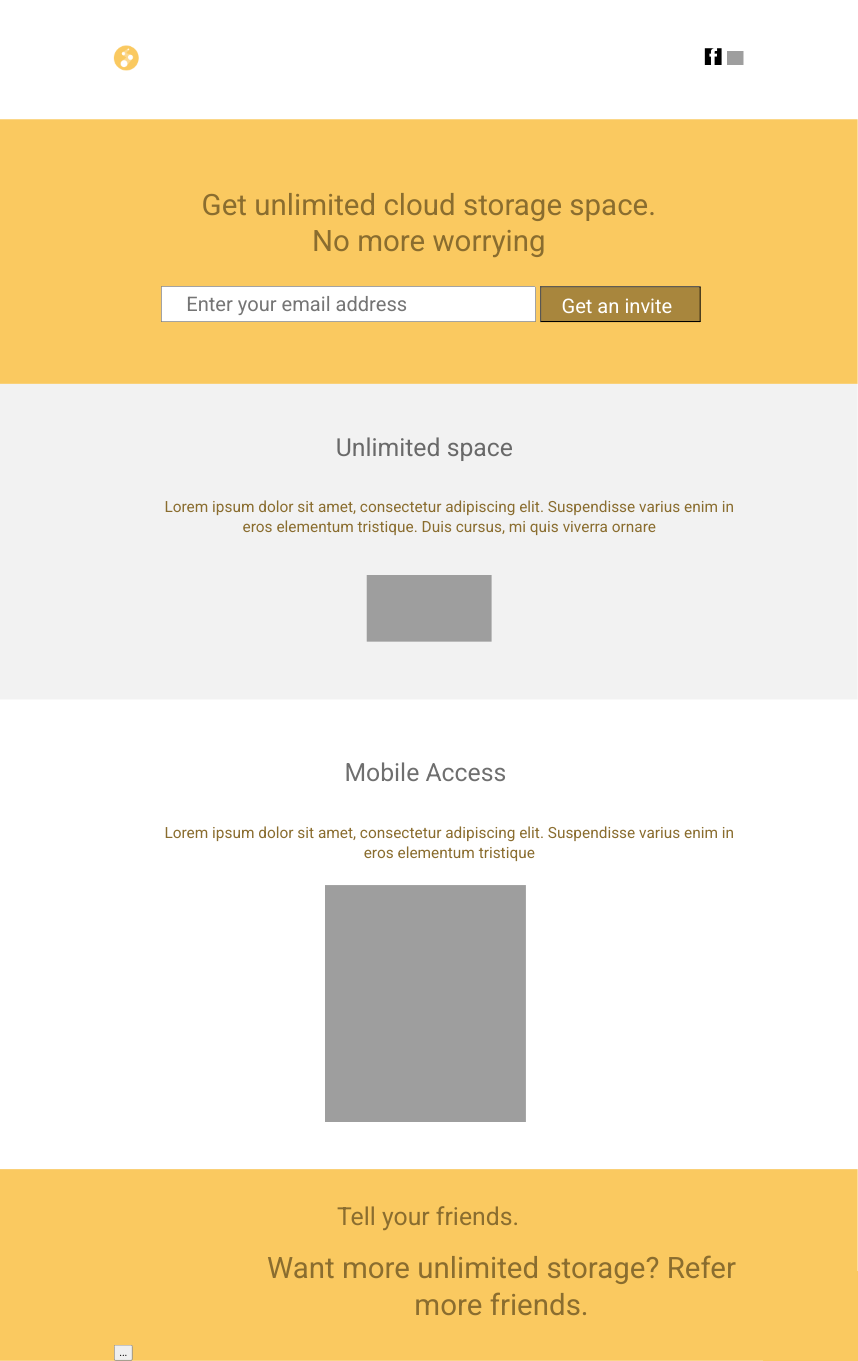
Repository: AndreyMykulych/user_home_work_Mykulych
Page: index.html
The author's editor kept a copy of each file at every save. The page is drawn from the files as they stood at one save, then again after the next save.
The browser window is 1280 px wide. The pictures show the whole page, at 67% of full size.
Pictures or frames that could not be fetched are drawn as grey boxes.

Above is the page before, as saved 2023-02-27 18:12:23.

### index.html
<!DOCTYPE html>
<html lang="en">
<head>
    <meta charset="UTF-8">
    <meta http-equiv="X-UA-Compatible" content="IE=edge">
    <meta name="viewport" content="width=device-width, initial-scale=1.0">
    <title>Document</title>
    <link  rel="stylesheet"  href="styles/normalize.css">
    <link  rel="stylesheet"  href="styles/style.css">
    <link rel="preconnect" href="https://fonts.googleapis.com">
<link rel="preconnect" href="https://fonts.gstatic.com" crossorigin>
<link href="https://fonts.googleapis.com/css2?family=Roboto&display=swap" rel="stylesheet">

</head>
<body>
<div class="wrapper">
        <h1 class="first-block">
            <img class="logo-Photo" src="/3/img/IMAGE.png" alt="main">
        </h1>

            <h1 class="second-block">
                <img class="Fb-Photo" src="data:[embedded picture, 1466 characters]" alt="FB">
                <img class="Twit-Photo" src="https://cdn-icons-png.flaticon.com/512/733/733635.png" alt="Twitter">
            </h1>
</div>
<div class="input-back">
    <div class="input-conteiner">
        <p class="text_1">Get unlimited cloud storage space.</p>
        <p class="text_2">No more worrying</p>
        <form>
            <input placeholder="Enter your email address" type="email" id="email" name="email">
            <button>Get an invite</button>
          </form>
    </div>
</div>
<div class="full_Content">
    <div class="content_first">
     <h1>Unlimited space</h1>
     <p>Lorem ipsum dolor sit amet, consectetur adipiscing elit. Suspendisse varius enim in eros elementum tristique. Duis cursus, mi quis viverra ornare</p>
     <img  class="infinity" src="https://www.freepnglogos.com/uploads/infinity-symbol-png/infinity-symbol-clipart-download-best-infinity-14.png" >
    </div>
</div>
<div class="content_second">
    <h1>Mobile Access</h1>
    <p>Lorem ipsum dolor sit amet, consectetur adipiscing elit. Suspendisse varius enim in eros elementum tristique</p>
    <img src="https://assets.stickpng.com/images/5a452598546ddca7e1fcbc80.png">
</div>
<div class="input-back">
    <div class="content_third">
    <h1>Tell your friends.</h1>
    <p>Want more unlimited storage? Refer more friends.</p>
    <button class="standart_btn">...</button>
</div>
</div>
</body>
</html>

### styles/style.css
*{
    box-sizing: border-box;
}

.wrapper {
    margin: 0 auto;
    width: 940px;
    margin-top:47px;
}


h1 {
    display: inline-block;
}


.first-block {
    text-align: left;
}


.second-block {
    float: right;
}


.logo-Photo {
    width: 37px;
    height: 37px;
}


.Fb-Photo {
width: 25px;
height: 25px;
}


.Twit-Photo{
    width: 25px;
    height: 21px;
}


.input-back{
    width: 100%;
    background-color: #FAC960;
    height: auto;
    margin-top:43px;

}


.input-conteiner {
    width: 940px;
    margin: 0 auto;
   padding-top:91px;
   padding-bottom: 92px;
}


p {
    margin: 0px;
    display: block;
    font-family: 'Roboto', sans-serif;
    text-align: center;
    font-style: normal;
    font-weight: 400;
    font-size: 44px;
    line-height: 54px;
    color: #8A6D2F;
}



.text_1 {
    padding-top: 10px;
}


.text_2{

    margin-top: 0px;
}



form {
    display: inline-block;
    margin-top: 40px;

}



input {
    padding-left: 36px;
    width: 560px;
    height: 54px;
    font-family: 'Roboto';
font-style: normal;
font-weight: 400;
font-size: 30px;
line-height: 54px;
color: #999999;
margin-left: 70px;
}

.input-conteiner form button {
      position: absolute;
      width: 240px;
      color: #fff;
      background-color: #A8863D;
      text-align: left;
      padding-left: 30px;
      height: 54px;
      margin-left: 6px;
      font-family: 'Roboto';
      font-style: normal;
      font-weight: 400;
      font-size: 30px;
      line-height: 54px;
      border-radius: 0px 2px 2px 0px;
}

.full_Content{
    height: auto;
    width: 100%;
    display: inline-block;
    background-color: #F2F2F2;
}
.content_first {
    width: 940px;
   margin: 0 auto;

}
.content_first h1{
font-size: 37px;
color: #000000;
opacity: 56%;
font-family: 'Roboto';
font-style: normal;
font-weight: 400;
line-height: 36px;
/* identical to box height, or 97% */
margin-top: 77px;
margin-left:331px;
text-align: center;
}

.content_first p{
    font-size: 23px;
    text-align: center;
    font-family: 'Roboto';
font-style: normal;
font-weight: 400;
line-height: 30px;
margin-top: 32px;
margin-left: 61px;
}

.content_first img{
    width: 187px;
    height:100px;
    margin-left: 377px;
    margin-top: 56px;
    margin-bottom: 81px;
}
.content_second {
    width : 940px;
    margin: 0 auto;
    height: auto;
}
.content_second h1{
margin-top: 88.62px;
padding-top:4px;
margin-left: 344px;
font-family: 'Roboto';
font-style: normal;
font-weight: 400;
font-size: 37px;
line-height: 36px;
color: #000000;
opacity: 56%;
}
.content_second img{
    width: 300px;
    height: 354px;
    margin-left: 315px;
    margin-bottom: 22px;
}
.content_second p{
    margin-top:32px;
    margin-left: 61px;
    font-family: 'Roboto';
font-style: normal;
font-weight: 400;
font-size: 23px;
line-height: 30px;
margin-bottom: 32px;
}
.content_third {
width: 940px;
height: auto;
margin: 0 auto;

}
.content_third h1{
    margin-left: 333px;
    margin-top:54px ;
    margin-bottom: 31px;
    font-family: 'Roboto';
    font-style: normal;
    font-weight: 400;
    font-size: 37px;
    line-height: 36px;
    color: #8A6D2F;
}
.content_third p{
    margin-left: 217px;
    margin-bottom: 33px;
}

Loaded but not shown: styles/normalize.css (library)

After the next save:
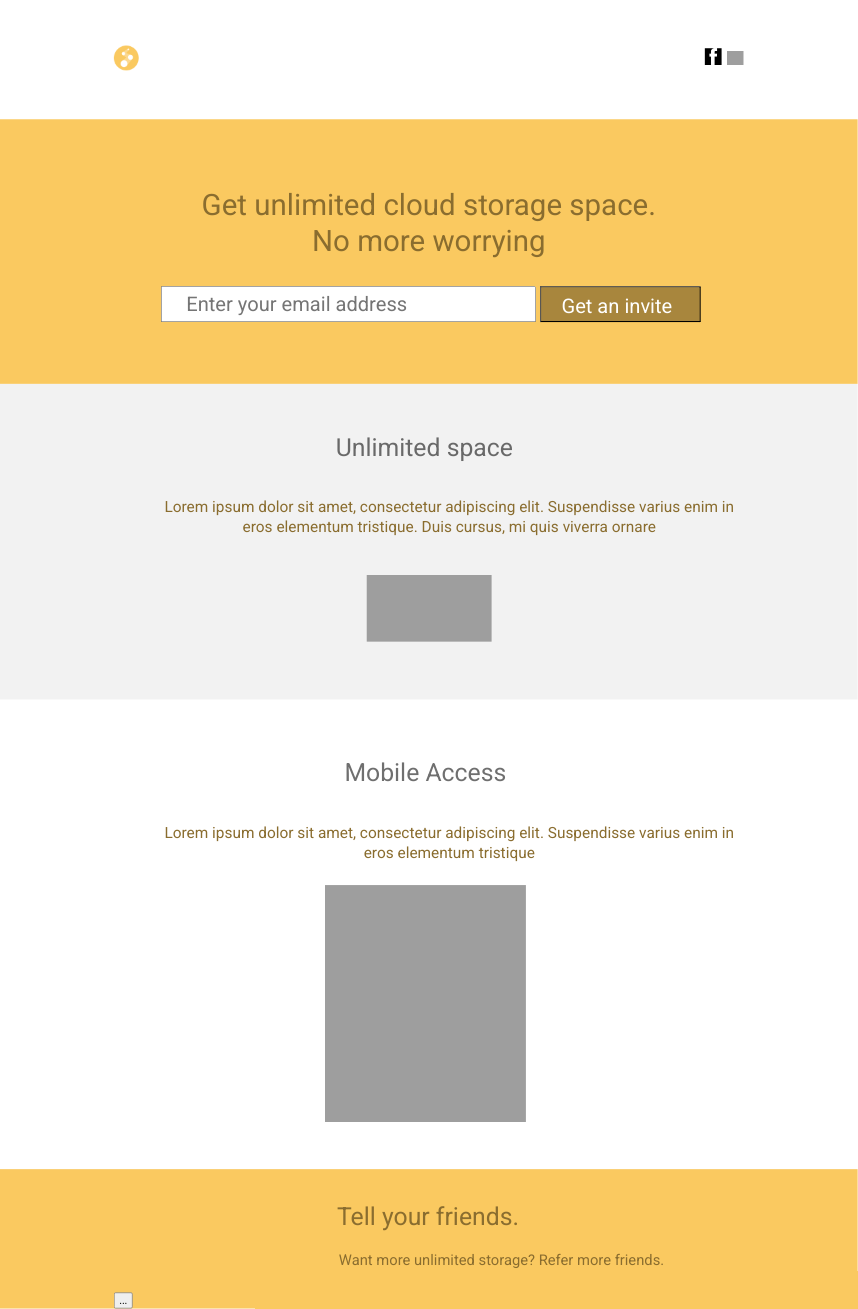
Saved 8 s later.
--- a/styles/style.css
+++ b/styles/style.css
@@ -219,4 +219,8 @@
 .content_third p{
     margin-left: 217px;
     margin-bottom: 33px;
-}
+    font-family: 'Roboto';
+font-style: normal;
+font-weight: 400;
+font-size: 22px;
+line-height: 30px;

After the save that followed:
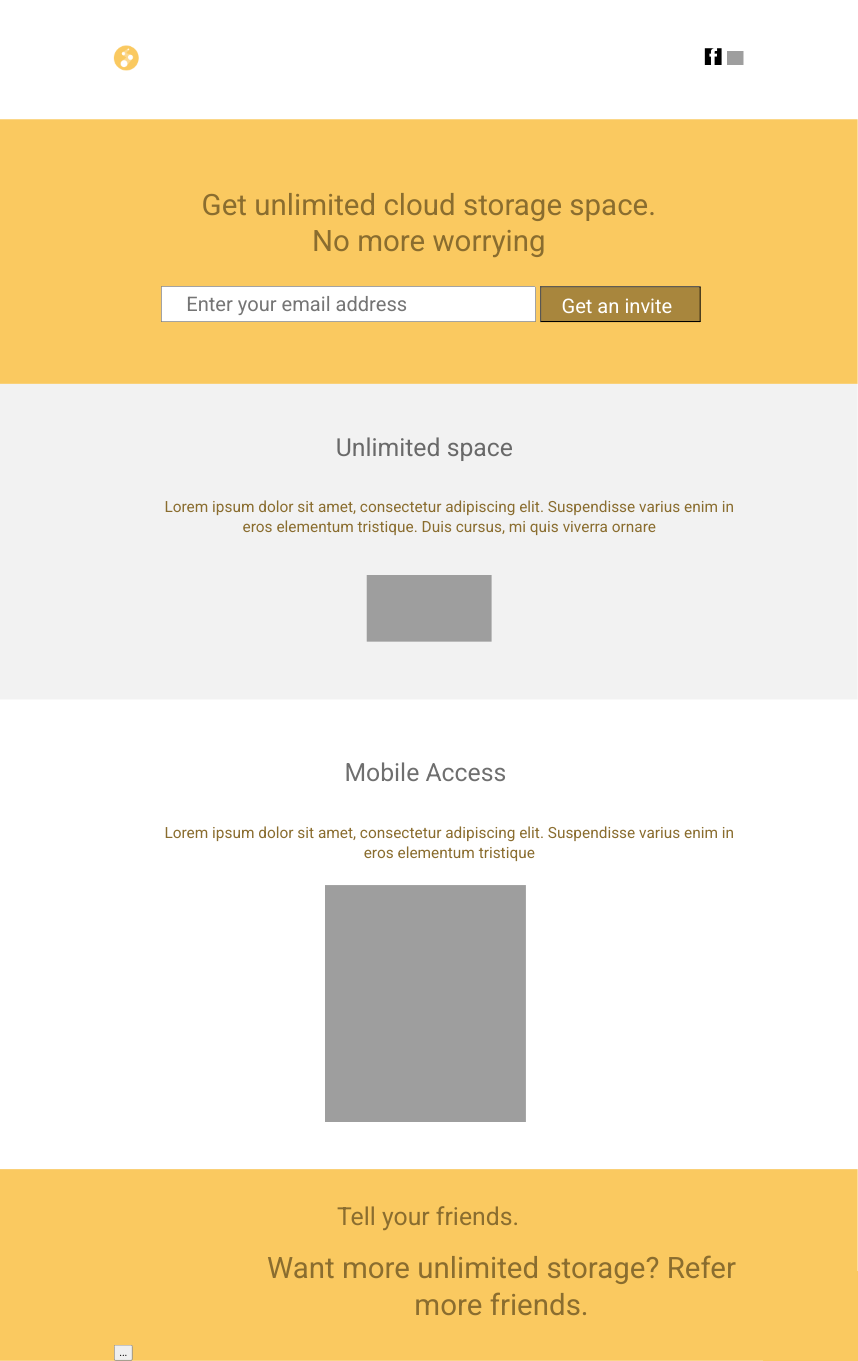
Saved 3 min 9 s later.
--- a/styles/style.css
+++ b/styles/style.css
@@ -219,8 +219,3 @@
 .content_third p{
     margin-left: 217px;
     margin-bottom: 33px;
-    font-family: 'Roboto';
-font-style: normal;
-font-weight: 400;
-font-size: 22px;
-line-height: 30px;
